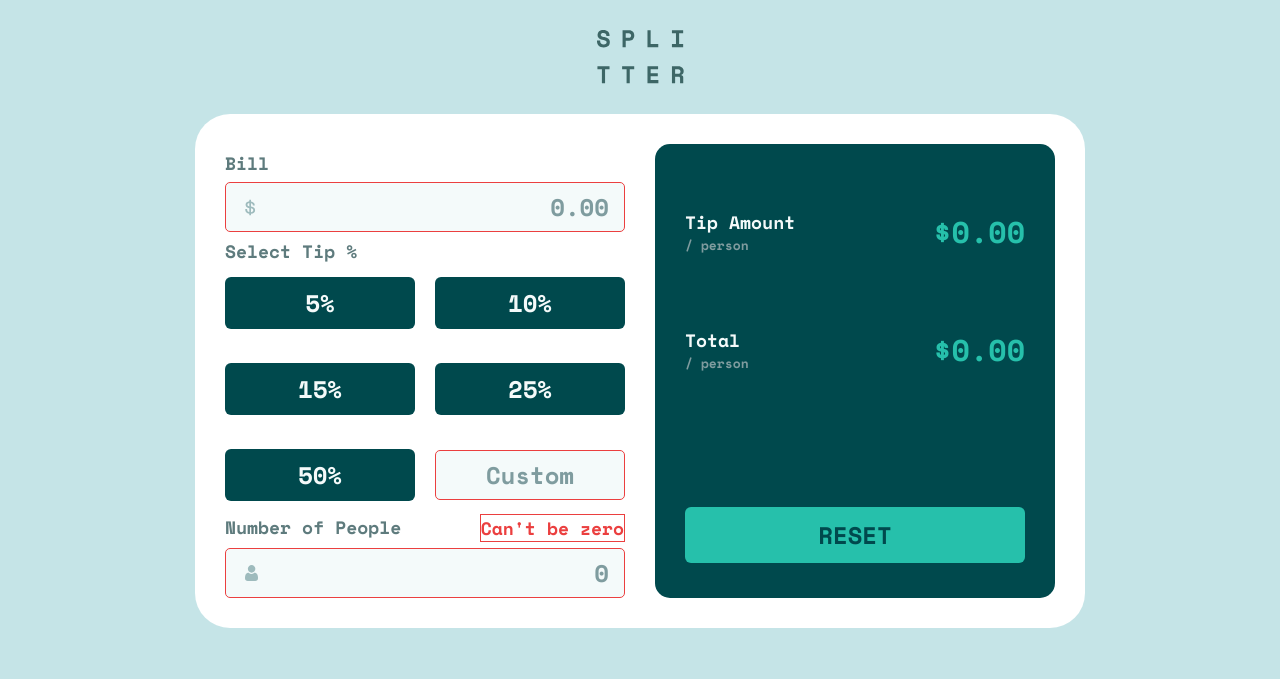
Repository: tomas938/tipcalculator
Page: /
These files come from the project's save history. The page is drawn as it stood at one moment and after the next save; the edit follows.
The browser window is 1280 px wide. The pictures show the whole page.
The project was rebuilt for these pictures with package versions that can differ from the ones it lists, and the page was loaded fresh each time.

Above is the page before, as saved 2021-08-04 15:15:16.

### public/index.html
<!DOCTYPE html>
<html lang="">
	<head>
		<meta charset="utf-8" />
		<meta http-equiv="X-UA-Compatible" content="IE=edge" />
		<meta name="viewport" content="width=device-width,initial-scale=1.0" />
		<link rel="icon" href="<%= BASE_URL %>favicon.ico" />
		<link
			href="https://fonts.googleapis.com/icon?family=Material+Icons"
			rel="stylesheet"
		/>
		<title><%= htmlWebpackPlugin.options.title %></title>
	</head>
	<body>
		<noscript>
			<strong
				>We're sorry but <%= htmlWebpackPlugin.options.title %> doesn't work
				properly without JavaScript enabled. Please enable it to
				continue.</strong
			>
		</noscript>
		<div id="app"></div>
		<!-- built files will be auto injected -->
	</body>
</html>

### src/App.vue
<template>
	<router-view />
</template>

<style lang="scss">
@import url("https://fonts.googleapis.com/css2?family=Space+Mono:wght@400;700&display=swap");

* {
	margin: 0;
	padding: 0;
	box-sizing: border-box;
	font-family: "Space Mono", monospace;
	font-size: 2.4rem;
}
body {
	background-color: hsl(185, 41%, 84%);
}
html {
	font-size: 62.5%;
	@media only screen and (min-width: 1800px) {
		font-size: 82.5%;
	}
	@media only screen and (max-width: 1000px) {
		font-size: 52.5%;
	}
	@media only screen and (max-width: 350px) {
		font-size: 32.5%;
	}
}
</style>

### src/views/Home.vue
<template>
	<div class="logo">
		<splitter></splitter>
	</div>
</template>

<script>
import Splitter from "../components/Splitter.vue";
export default {
	name: "Home",
	components: {
		Splitter,
	},
};
</script>
<style lang="scss" scoped></style>

### src/components/Splitter.vue
<template>
	<div class="splitter">
		<svg xmlns="http://www.w3.org/2000/svg" width="87" height="54">
			<path
				fill="#3D6666"
				d="M6.72 17.472c.944 0 1.792-.12 2.544-.36s1.392-.584 1.92-1.032a4.476 4.476 0 001.212-1.62c.28-.632.42-1.34.42-2.124v-.288c0-1.472-.464-2.584-1.392-3.336-.928-.752-2.272-1.288-4.032-1.608a14.615 14.615 0 01-1.74-.408c-.456-.144-.824-.308-1.104-.492-.28-.184-.476-.392-.588-.624a1.771 1.771 0 01-.168-.78c0-.56.232-1.004.696-1.332.464-.328 1.096-.492 1.896-.492.944 0 1.676.248 2.196.744.52.496.78 1.08.78 1.752v.576h3.168v-.864a5 5 0 00-.396-1.968 4.762 4.762 0 00-1.176-1.656C10.436 1.08 9.792.7 9.024.42 8.256.14 7.376 0 6.384 0c-.88 0-1.676.12-2.388.36s-1.32.576-1.824 1.008c-.504.432-.896.94-1.176 1.524-.28.584-.42 1.22-.42 1.908v.144c0 .832.144 1.536.432 2.112a3.978 3.978 0 001.212 1.44c.52.384 1.132.692 1.836.924.704.232 1.48.42 2.328.564.64.112 1.168.248 1.584.408.416.16.744.34.984.54s.408.424.504.672c.096.248.144.508.144.78 0 .576-.232 1.072-.696 1.488-.464.416-1.176.624-2.136.624-1.232 0-2.14-.3-2.724-.9-.584-.6-.876-1.404-.876-2.412v-.576H0v.72c0 .88.144 1.692.432 2.436a5.47 5.47 0 001.272 1.944c.56.552 1.26.984 2.1 1.296.84.312 1.812.468 2.916.468zm22-.336V10.8h3.408c.864 0 1.616-.144 2.256-.432a4.707 4.707 0 001.596-1.14 4.833 4.833 0 00.96-1.608c.216-.6.324-1.212.324-1.836v-.576c0-.608-.108-1.204-.324-1.788a4.625 4.625 0 00-.96-1.56A4.737 4.737 0 0034.384.756c-.64-.28-1.392-.42-2.256-.42h-6.576v16.8h3.168zm3.096-9.36H28.72V3.36h3.096c.704 0 1.26.192 1.668.576.408.384.612.88.612 1.488v.288c0 .608-.204 1.104-.612 1.488-.408.384-.964.576-1.668.576zm29.464 9.36v-3.024h-7.632V.336H50.48v16.8h10.8zm24.88 0v-3.024h-4.032V3.36h4.032V.336H74.928V3.36h4.032v10.752h-4.032v3.024H86.16zm-78.096 36V39.36h4.464v-3.024H.432v3.024h4.464v13.776h3.168zm24.688 0V39.36h4.464v-3.024H25.12v3.024h4.464v13.776h3.168zm28.624 0v-3.024h-7.728v-3.888H60.8V43.2h-7.152v-3.84h7.44v-3.024H50.48v16.8h10.896zm16.744 0V46.8h3.648c.464 0 .796.12.996.36.2.24.3.552.3.936v5.04h3.168v-5.808c0-.56-.164-1.024-.492-1.392-.328-.368-.772-.584-1.332-.648v-.432c.768-.32 1.336-.78 1.704-1.38a3.63 3.63 0 00.552-1.932v-.576c0-.64-.116-1.24-.348-1.8a4.332 4.332 0 00-1.008-1.476c-.44-.424-.988-.756-1.644-.996-.656-.24-1.416-.36-2.28-.36h-6.432v16.8h3.168zm3.024-9.36H78.12V39.36h3.024c.768 0 1.352.204 1.752.612.4.408.6.892.6 1.452v.288c0 .656-.2 1.164-.6 1.524-.4.36-.984.54-1.752.54z"
			/>
		</svg>
		<div class="calculator">
			<div class="up">
				<h3>Bill</h3>
				<div class="input-wrapper">
					<input type="text" v-model="bill" placeholder="0.00" />
					<svg xmlns="http://www.w3.org/2000/svg" width="11" height="17">
						<path
							fill="#9EBBBD"
							d="M6.016 16.328v-1.464c1.232-.08 2.22-.444 2.964-1.092.744-.648 1.116-1.508 1.116-2.58v-.144c0-.992-.348-1.772-1.044-2.34-.696-.568-1.708-.932-3.036-1.092V4.184c.56.144 1.012.4 1.356.768.344.368.516.816.516 1.344v.288h1.824v-.432c0-.448-.088-.876-.264-1.284a3.783 3.783 0 00-.744-1.116A4.251 4.251 0 007.54 2.9a5.324 5.324 0 00-1.524-.492V.872H4.288V2.36a5.532 5.532 0 00-1.416.324c-.448.168-.84.392-1.176.672-.336.28-.604.616-.804 1.008-.2.392-.3.844-.3 1.356v.144c0 .96.316 1.708.948 2.244.632.536 1.548.884 2.748 1.044v3.912c-.704-.16-1.248-.472-1.632-.936-.384-.464-.576-1.08-.576-1.848v-.288H.256v.576c0 .464.08.924.24 1.38.16.456.404.88.732 1.272.328.392.744.728 1.248 1.008s1.108.476 1.812.588v1.512h1.728zM4.288 7.424c-.688-.128-1.164-.332-1.428-.612-.264-.28-.396-.644-.396-1.092 0-.464.176-.832.528-1.104.352-.272.784-.448 1.296-.528v3.336zm1.728 5.712V9.344c.768.128 1.328.328 1.68.6.352.272.528.688.528 1.248 0 .544-.196.984-.588 1.32-.392.336-.932.544-1.62.624z"
						/>
					</svg>
				</div>
				<h3>Select Tip %</h3>
				<div class="calculator__grid">
					<div class="calculator__grid__item item-1" @click="calcTip(0.05)">
						<p>5%</p>
					</div>
					<div class="calculator__grid__item item-2" @click="calcTip(0.1)">
						<p>10%</p>
					</div>
					<div class="calculator__grid__item item-3" @click="calcTip(0.15)">
						<p>15%</p>
					</div>
					<div class="calculator__grid__item item-4" @click="calcTip(0.25)">
						<p>25%</p>
					</div>
					<div class="calculator__grid__item item-5" @click="calcTip(0.5)">
						<p>50%</p>
					</div>
					<div class="calculator__grid__item item-6">
						<input
							type="text"
							placeholder="Custom"
							v-model="customTip"
							@keyup="calcCustomTip(customTip)"
						/>
					</div>
				</div>
				<div class="error-wrapper">
					<h3>Number of People</h3>
					<h3 class="error">Can't be zero</h3>
				</div>
				<div class="input-wrapper">
					<input
						type="text"
						v-model="numberOfPeople"
						placeholder="0"
						@keyup="calcCustomTip(customTip)"
					/>
					<svg xmlns="http://www.w3.org/2000/svg" width="13" height="16">
						<path
							fill="#9EBBBD"
							d="M9.573 7.729c.406 0 .784.07 1.126.209.342.14.639.33.881.569.232.227.438.503.614.82a5.1 5.1 0 01.407.949c.097.312.178.654.242 1.016.062.359.105.699.126 1.011.02.307.031.624.031.945 0 .836-.259 1.512-.768 2.01-.504.492-1.17.742-1.98.742H2.748c-.81 0-1.477-.25-1.98-.742C.259 14.76 0 14.084 0 13.248c0-.322.01-.64.032-.945.02-.312.063-.652.126-1.01.063-.363.144-.705.242-1.017.1-.323.238-.643.407-.948.176-.318.382-.594.613-.821.243-.238.54-.43.882-.57.342-.138.72-.208 1.125-.208.16 0 .313.067.61.265.183.123.397.264.636.421.204.134.48.259.822.372.333.11.671.167 1.005.167a3.19 3.19 0 001.006-.167c.341-.113.618-.238.822-.372l.636-.42c.296-.2.45-.266.61-.266zM6.598 0C7.63 0 8.522.38 9.252 1.129s1.1 1.666 1.1 2.724c0 1.06-.37 1.976-1.1 2.725-.73.75-1.623 1.13-2.654 1.13-1.03 0-1.924-.38-2.653-1.13-.73-.749-1.1-1.666-1.1-2.725 0-1.058.37-1.975 1.1-2.724C4.675.379 5.567 0 6.598 0z"
						/>
					</svg>
				</div>
			</div>
			<div class="down">
				<div class="calculator__result">
					<div class="result">
						<div class="information">
							<p>Tip Amount</p>
							<span>/ person</span>
						</div>
						<div class="price">
							<p>${{ tip ? tip : "0.00" }}</p>
						</div>
					</div>
					<div class="result">
						<div class="information">
							<p>Total</p>
							<span>/ person</span>
						</div>
						<div class="price">
							<p>${{ bill ? bill : "0.00" }}</p>
						</div>
					</div>
					<div class="result"></div>
					<button @click="reset()">Reset</button>
				</div>
			</div>
		</div>
	</div>
</template>

<script>
export default {
	data() {
		return {
			numberOfPeople: null,
			bill: null,
			tip: null,
			customTip: null,
		};
	},
	methods: {
		calcTip(amount) {
			if (this.numberOfPeople > 0) {
				this.tip = ((this.bill * amount) / this.numberOfPeople).toFixed(2);
			} else {
				console.log("Enter at least one person");
			}
		},
		calcCustomTip(customtip) {
			if (this.numberOfPeople > 0) {
				this.tip = (
					(this.bill * (customtip * 0.01)) /
					this.numberOfPeople
				).toFixed(2);
			} else {
				console.log("Enter at least one person");
			}
		},
		reset() {
			this.tip = null;
			this.bill = null;
			this.numberOfPeople = null;
			this.customTip = null;
		},
	},
};
</script>

<style lang="scss" scoped>
.splitter {
	display: flex;
	flex-direction: column;
	align-items: center;
}
.calculator {
	background-color: hsl(0, 0%, 100%);
	padding: 3rem;
	border-radius: 3.5rem;
	@media only screen and (min-width: 760px) {
		display: flex;
		grid-gap: 3rem;
	}
	&__grid {
		display: grid;
		grid-gap: 2rem;
		grid-template-columns: repeat(2, 1fr);
		grid-template-rows: repeat(3, 1fr);
		color: hsl(189, 41%, 97%);
		font-weight: 700;
		text-align: center;
		cursor: pointer;
	}
	&__grid__item {
		width: 100%;
		margin: auto;
		padding: 8px 0;
		border-radius: 6px;
		background-color: hsl(183, 100%, 15%);
		&:hover {
			transition: all 0.3s ease-in-out;
			background-color: hsl(172, 67%, 45%);
			color: hsl(183, 100%, 15%);
		}
	}
	.down {
		background-color: hsl(183, 100%, 15%);
		border-radius: 1.5rem;
	}
	&__result {
		display: flex;
		flex-direction: column;
		justify-content: space-between;
		height: 100%;
		margin-top: 2.5rem;
		padding: 3rem;
		font-weight: 700;
		.result {
			display: flex;
			justify-content: space-between;
			padding: 10px 0;
			p {
				font-size: 1.8rem;
				color: hsl(189, 41%, 97%);
			}
			span {
				font-size: 1.3rem;
				color: hsl(184, 14%, 56%);
			}
		}
		.information {
			display: flex;
			flex-direction: column;
		}
		.price {
			p {
				color: hsl(172, 67%, 45%);
				font-size: 3rem;
			}
		}
		button {
			border-radius: 6px;
			padding: 1rem 0;
			font-weight: 700;
			color: hsl(183, 100%, 15%);
			text-transform: uppercase;
			background-color: hsl(172, 67%, 45%);
			cursor: pointer;
			outline: none;
			border: none;
			@media only screen and (min-width: 760px) {
				margin-bottom: 3rem;
			}
		}
		button:hover,
		button:active {
			transition: 0.3s ease-in-out;
			background-color: hsl(185, 41%, 84%);
		}
	}
}
svg {
	margin: 3rem 0;
}
input {
	border-radius: 5px;
	border: 2px solid transparent;
	outline: none;
	background-color: hsl(189, 41%, 97%);
	color: hsl(183, 100%, 15%);
	font-weight: 700;
	text-align: right;
	padding: 0.6rem 0;
	padding-right: 1.5rem;
	width: 100%;
	&:focus,
	&:active {
		border: 2px solid hsl(172, 67%, 45%);
	}
	&::placeholder {
		color: hsl(184, 14%, 56%);
	}
}
h3 {
	margin: 6px 0;
	font-size: 1.8rem;
	color: hsl(184, 14%, 43%);
	font-weight: 700;
}
.input-wrapper {
	position: relative;
	display: flex;
	align-items: center;

	svg {
		width: 2rem;
		@media only screen and (max-width: 350px) {
			width: 3rem;
		}
		margin: 0;
		position: absolute;
		left: 5%;
	}
}
.item-6 {
	background-color: transparent;
	&:hover {
		background-color: transparent;
	}
	input {
		&::placeholder {
			margin-left: -1.5rem;
			text-align: center;
		}
	}
}
.down {
	@media only screen and (min-width: 760px) {
		width: 40rem;
	}
}
.up {
	@media only screen and (min-width: 760px) {
		width: 40rem;
	}
}
.error-wrapper {
	display: flex;
	justify-content: space-between;
}
.error {
	color: rgb(235, 63, 63);
}
input,
.error {
	border: 1px solid rgb(235, 63, 63);
}
</style>

Loaded but not shown: src/main.js (common file); src/router/index.js (common file)

After the next save:
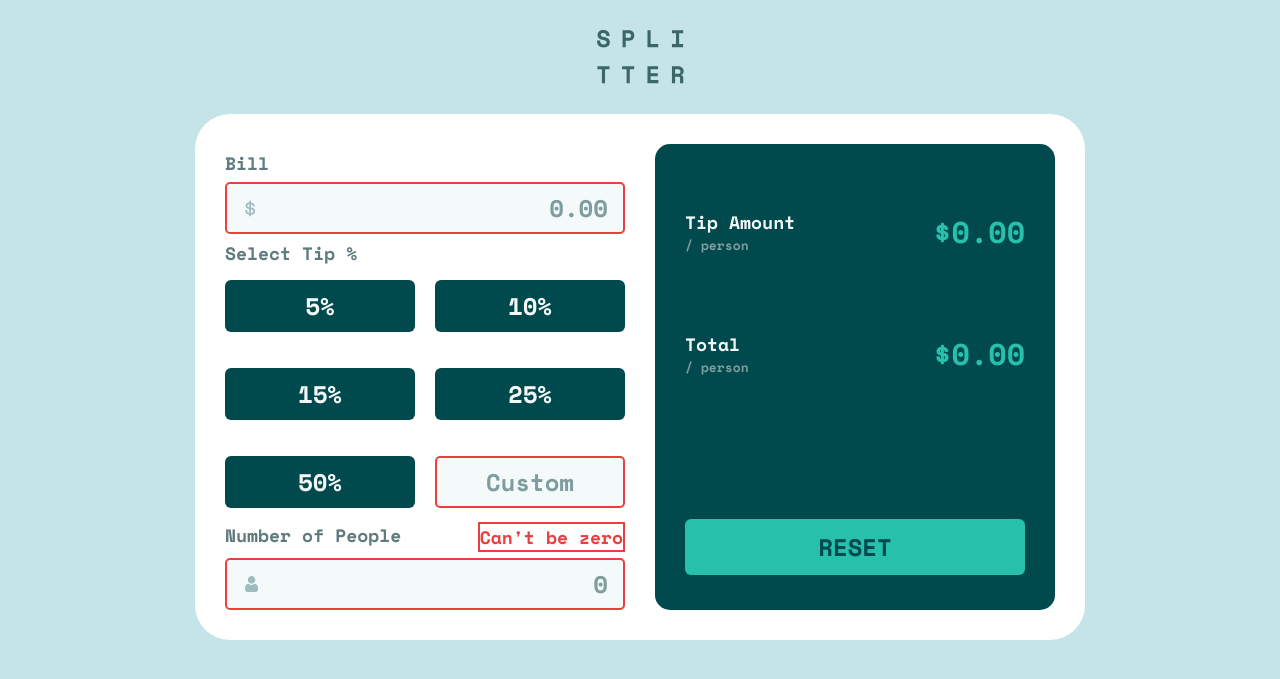
Saved 10 s later.
--- a/src/components/Splitter.vue
+++ b/src/components/Splitter.vue
@@ -295,6 +295,6 @@ h3 {
 }
 input,
 .error {
-	border: 1px solid rgb(235, 63, 63);
+	border: 2px solid rgb(235, 63, 63);
 }
 </style>
